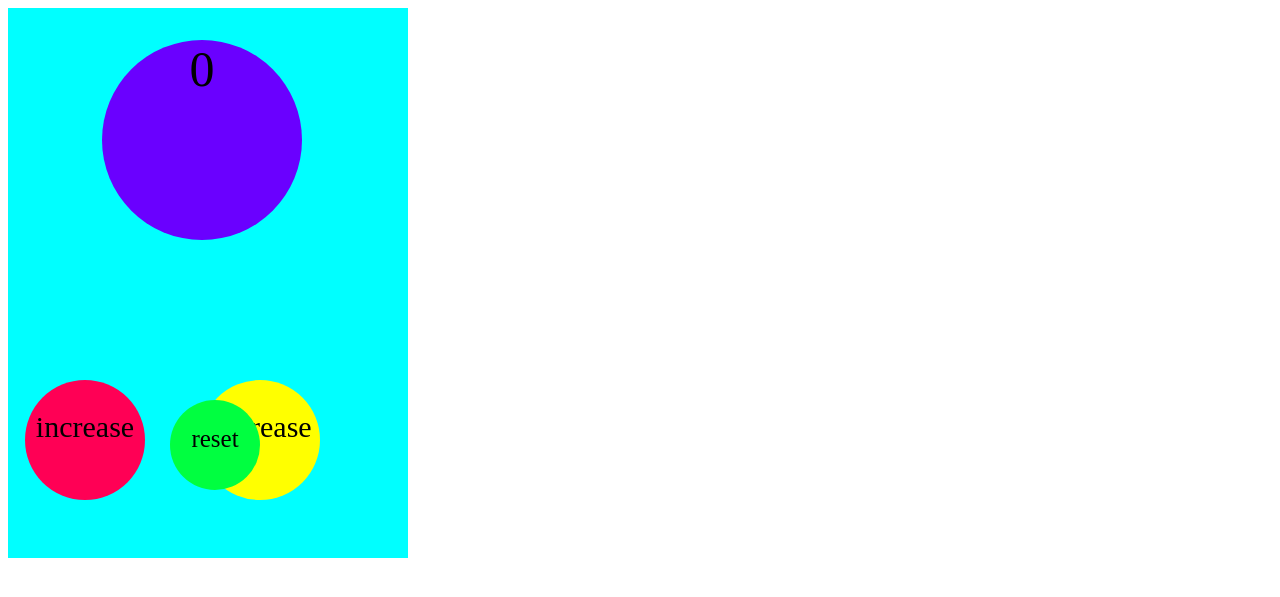
Repository: sara55m/Counter_App
Page: index.html
An editor plug-in stored every save of this project. The page is shown before and after the next save, followed by the edit.
The browser window is 1280 px wide. The pictures show the whole page.

Above is the page before, as saved 2024-07-30 03:34:21.

After the next save:
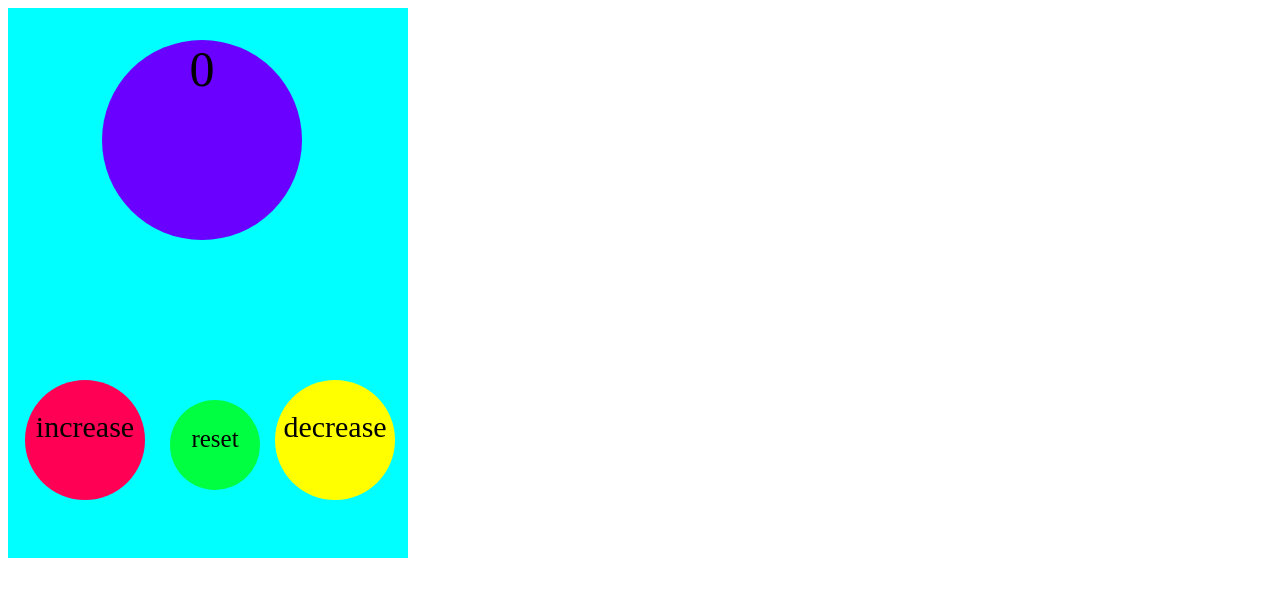
Saved 25 s later.
--- a/css/style.css
+++ b/css/style.css
@@ -34,7 +34,7 @@ p.first,p.second{
 .decrease{
     position:absolute;
     top:380px;
-    left:200px;
+    left:275px;
     height:120px;
     width:120px;
     border-radius: 50%;
